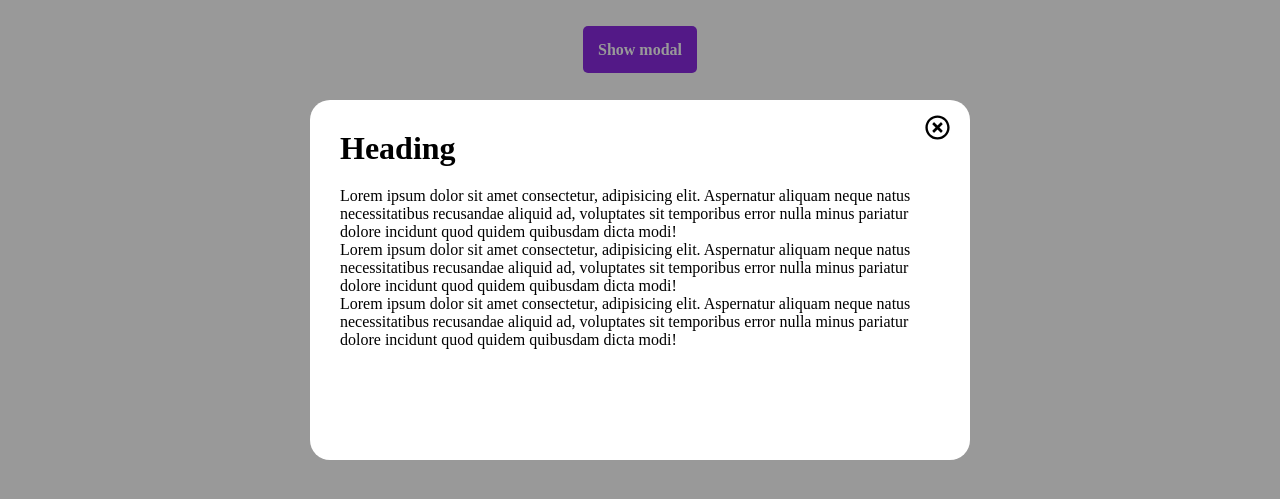
Repository: AnhTuan191298/sent-file-hoang
Page: js_modal/index.html
The author's editor kept a copy of each file at every save. The page is drawn from the files as they stood at one save, then again after a run of saves.
The browser window is 1280 px wide. The pictures show the whole page.

Above is the page before, as saved 2021-02-01 15:11:36.

### js_modal/index.html
<!DOCTYPE html>
<html lang="en">
<head>
    <meta charset="UTF-8">
    <meta name="viewport" content="width=device-width, initial-scale=1.0">
    <title>Modal</title>
    <style>
        * {
            margin: 0;
            padding: 0;
        }
        .modal {
            display: flex;
            justify-content: center;
            width: 100%;
            height: 100px;
            align-items: center;
        }
        .modal__action {
            text-decoration: none;
            padding: 15px;
            background-color: blueviolet;
            color: white;
            font-weight: bold;
            border-radius: 5px;
        }
        .layout.active {
            position: fixed;
            top: 0;
            bottom: 0;
            right: 0;
            left: 0;
            background-color: rgba(0, 0, 0, 0.4);
            animation: fadeIn linear 0.1s;
        }
        .modal_show {
            display: none;
            z-index: 999;
            position: fixed;
            width: 100%;
            justify-content: center;
            animation: growth linear 0.1s;
        }
        .modal_show.active {
            display: flex;
        }
        .modal_show-contain {
            background-color: white;
            width: 600px;
            min-height: 300px;
            border-radius: 20px;
            position: relative;
            padding: 30px;
        }
        .modal_show__close {
            position: absolute;
            top: 15px;
            right: 20px;
        }
        .modal_show__close-img {
            width: 25px;
            height: 25px;
            cursor: pointer;
        }
        .modal_show-main-head {
            margin-bottom: 20px;
        }
        /* Animation */
        @keyframes fadeIn {
            from {
                opacity: 0;
            }
            to {
                opacity: 1;
            }
        }
        @keyframes growth {
            from {
                transform: scale(0.5);
            }
            to {
                transform: scale(1);
            }
        }
    </style>
</head>
<body>
    <div class="modal">
        <div class="modal_buttun">
            <a class="modal__action" href="#">Show modal</a>
        </div>
    </div>
    <div class="layout active"></div>
    <div class="modal_show active">
        <div class="modal_show-contain">
            <div class="modal_show__close">
                <img class="modal_show__close-img" src="./assets/imgs/times-circle-regular.svg" alt="close">
            </div>
            <div class="modal_show-main">
                <div class="modal_show-main-head">
                    <h1>Heading</h1>
                </div>
                <div class="modal_show-main-ders">
                    <p>Lorem ipsum dolor sit amet consectetur, adipisicing elit.
                        Aspernatur aliquam neque natus necessitatibus recusandae aliquid ad,
                        voluptates sit temporibus error nulla minus pariatur dolore
                        incidunt quod quidem quibusdam dicta modi!</p>
                    <p>Lorem ipsum dolor sit amet consectetur, adipisicing elit.
                        Aspernatur aliquam neque natus necessitatibus recusandae aliquid ad,
                        voluptates sit temporibus error nulla minus pariatur dolore
                        incidunt quod quidem quibusdam dicta modi!</p>
                    <p>Lorem ipsum dolor sit amet consectetur, adipisicing elit.
                        Aspernatur aliquam neque natus necessitatibus recusandae aliquid ad,
                        voluptates sit temporibus error nulla minus pariatur dolore
                        incidunt quod quidem quibusdam dicta modi!</p>
                </div>
            </div>
        </div>
    </div>

    <script src="./assets/js/main.js"></script>
</body>
</html>

Loaded but not shown: js_modal/assets/js/main.js (no stored copy; drawn as an empty file)

After the next 2 saves:
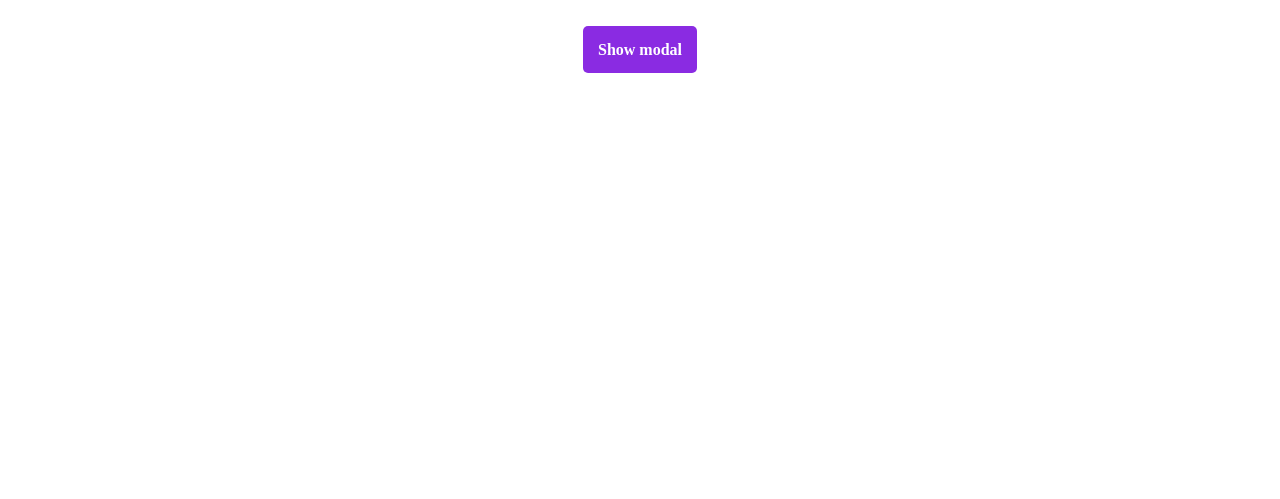
The 2 saves are shown as one change because they came seconds apart.
The last was saved 11 s later.
--- a/js_modal/index.html
+++ b/js_modal/index.html
@@ -90,8 +90,8 @@
             <a class="modal__action" href="#">Show modal</a>
         </div>
     </div>
-    <div class="layout active"></div>
-    <div class="modal_show active">
+    <div class="layout "></div>
+    <div class="modal_show ">
         <div class="modal_show-contain">
             <div class="modal_show__close">
                 <img class="modal_show__close-img" src="./assets/imgs/times-circle-regular.svg" alt="close">
